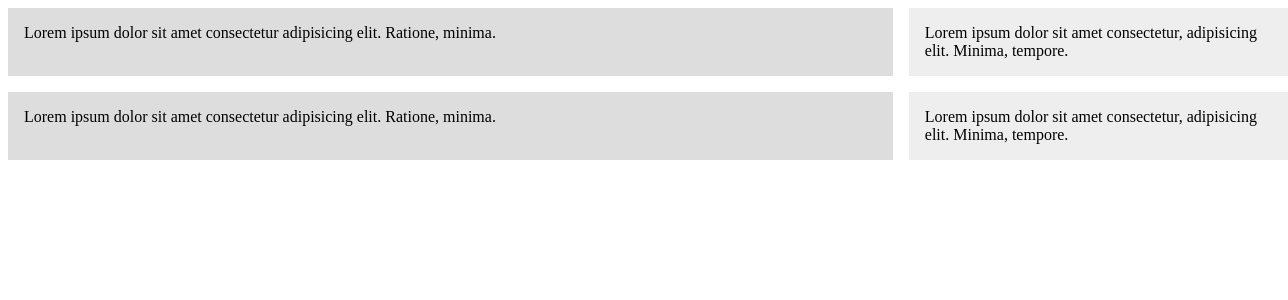
Repository: manojsatya/Web_development
Page: CSS_Grid/index2.html
These files come from the project's save history. The page is drawn as it stood at one moment and after the next save; the edit follows.
The browser window is 1280 px wide. The page is 1288 px wide, then 1280 px, so the pictures cover 1288 px, including what lies to the right of the window. The pictures show the whole page.

Above is the page before, as saved 2019-07-03 12:04:26.

After the next save:
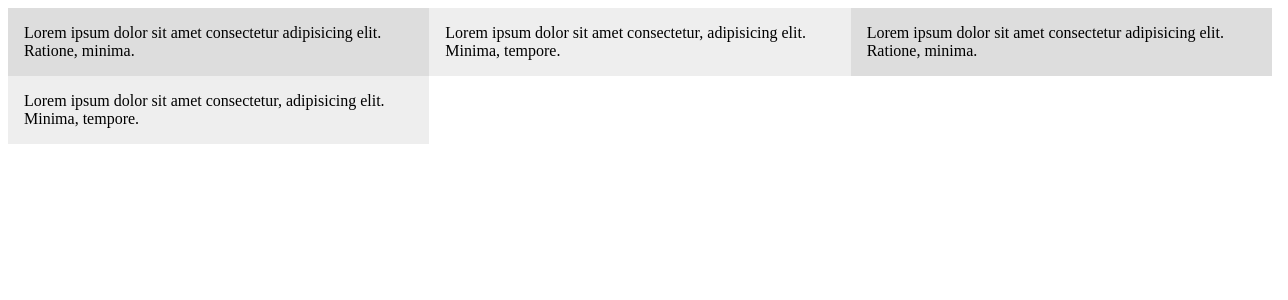
Saved 38 s later.
--- a/CSS_Grid/index2.html
+++ b/CSS_Grid/index2.html
@@ -9,9 +9,8 @@
 
     .wrapper {
         display: grid;
-        grid-template-columns: 70% 30%;
-        grid-column-gap: 1em;
-        grid-row-gap: 1em;
+        grid-template-columns: 1fr 1fr 1fr;
+
     }
     .wrapper > div {
         background: #eee;
